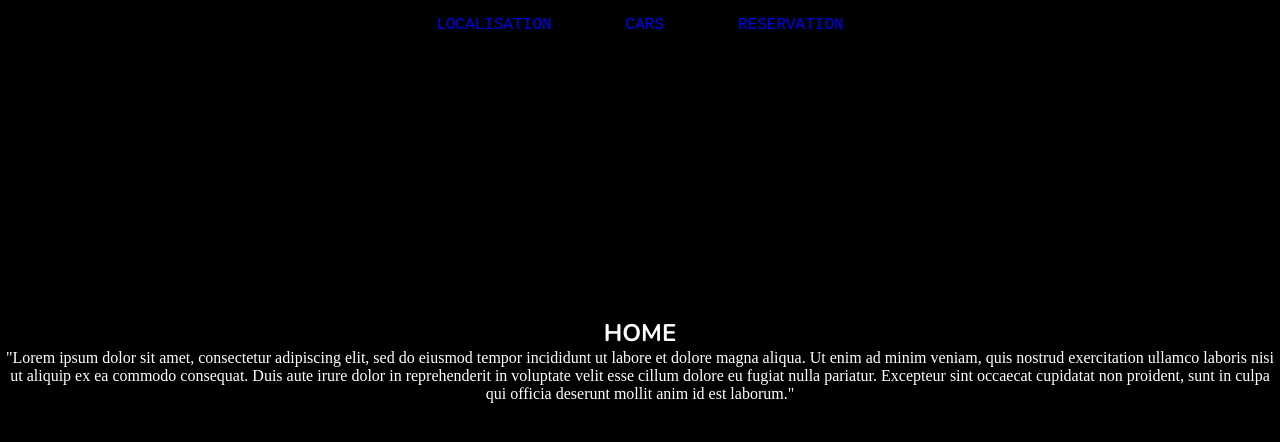
Repository: romgrm/jenaipasdevoiture
Page: src/main/java/fr/romgrm/index.html
An editor plug-in stored every save of this project. The page is shown before and after the next save, followed by the edit.
The browser window is 1280 px wide. The pictures show the whole page.
An inner scrolling area shows only its first screen.

Above is the page before, as saved 2020-10-15 19:29:15.

### src/main/java/fr/romgrm/index.html
<!DOCTYPE html>
<html lang="fr">
    <head>
        <title>JENAIPASDARGENT</title>
        <link rel="stylesheet" href="style.css" type="text/css"/>
        <link href="https://fonts.googleapis.com/css2?family=Nunito:ital,wght@0,600;0,700;0,800;1,200;1,300&display=swap" rel="stylesheet">
    </head>
    <body>

        <div class="container">

            <nav class="navbar">
                <ul>
                    <li><a href="#LOCALISATION">LOCALISATION</a></li>
                    <li><a href="#SELECTCAR">CARS</a></li>
                    <li><a href="#RECAPITULATE">RESERVATION</a></li>
                </ul>
            </nav>


            <Section id="LOCALISATION">
                 <h2>HOME</h2>
                 <p>"Lorem ipsum dolor sit amet, consectetur adipiscing elit, sed do eiusmod tempor incididunt ut labore et dolore magna aliqua. Ut enim ad minim veniam, quis nostrud exercitation ullamco laboris nisi ut aliquip ex ea commodo consequat. Duis aute irure dolor in reprehenderit in voluptate velit esse cillum dolore eu fugiat nulla pariatur. Excepteur sint occaecat cupidatat non proident, sunt in culpa qui officia deserunt mollit anim id est laborum."</p>
            </Section>




            <Section id="SELECTCAR">
                <h2>CARS</h2>
                <p>"Lorem ipsum dolor sit amet, consectetur adipiscing elit, sed do eiusmod tempor incididunt ut labore et dolore magna aliqua. Ut enim ad minim veniam, quis nostrud exercitation ullamco laboris nisi ut aliquip ex ea commodo consequat. Duis aute irure dolor in reprehenderit in voluptate velit esse cillum dolore eu fugiat nulla pariatur. Excepteur sint occaecat cupidatat non proident, sunt in culpa qui officia deserunt mollit anim id est laborum."</p>
            </Section>




            <Section id="RECAPITULATE">
                <h2>SHOP</h2>
                <p>"Lorem ipsum dolor sit amet, consectetur adipiscing elit, sed do eiusmod tempor incididunt ut labore et dolore magna aliqua. Ut enim ad minim veniam, quis nostrud exercitation ullamco laboris nisi ut aliquip ex ea commodo consequat. Duis aute irure dolor in reprehenderit in voluptate velit esse cillum dolore eu fugiat nulla pariatur. Excepteur sint occaecat cupidatat non proident, sunt in culpa qui officia deserunt mollit anim id est laborum."</p>
            </Section>



        </div>
    </body>
</html>

### src/main/java/fr/romgrm/style.css
*{
    margin: 0;
    padding: 0;
}


body{
  color: white;
  /* desactiver le scroll dans le body (pas oublier
  de lui donner une taille sinon ça marche pas*/
  height: 100vh;
  overflow: hidden;

}

.container{
    height: 100%;
    width: 100%;
    /*SCROLL SMOOTH*/
    overflow-y: scroll;
    scroll-behavior: smooth;
    scroll-snap-type: y mandatory;
}

.navbar{
    background-color: rgba(0, 0, 0, 0.5);
    position: fixed;
    top: 0;
    z-index: 1;
    display: flex;
    width: 100%;
    height: 50px;
    font-family: 'Courier New', Courier, monospace;

}

.navbar ul{
    display: flex;
    list-style-type: none;
    width: 100%;
    justify-content: center;
    align-items: center;
    gap: 10px;
}

.navbar ul li{
    margin: 0 1rem;
    padding: 1rem;

}

.navbar ul li a{
    text-decoration: none;
    transition: 2s ease-in .5s;

}

.navbar ul li a:hover{
    zoom: 1.1;
}




Section{
    display: flex;
    flex-direction: column;
    width: 100%;
    height: 100vh; /* vh = Viewport Height : permet de dimensioner par rapport à la taille de l'écran*/
    text-align: center;
    justify-content: center;
    align-items: center;
    /*SCROLL SNAP ALIGN*/
    scroll-snap-align: center;

}


/*////////////////////////////////////////////////////////////////////////////////////////////////////////////*/



#LOCALISATION{
    background-color: black;
    margin: 0;
    padding: 0;
    /*background: url('https://source.unsplash.com/K2tdx2mFDHc/1600x900') no-repeat center center/cover;;*/
}

#LOCALISATION h2{
    font-family: 'Nunito', sans-serif;
    font-weight: 800 bold ;

}

#LOCALISATION p{

}


/*////////////////////////////////////////////////////////////////////////////////////////////////////////////*/



#SELECTCAR{
    background-color: red;
}

#SELECTCAR h2{

}

#SELECTCAR p{

}


/*////////////////////////////////////////////////////////////////////////////////////////////////////////////*/


#RECAPITULATE{
    background-color: blue;
}

#RECAPITULATE h2{

}

#RECAPITULATE p{

}

After the next save:
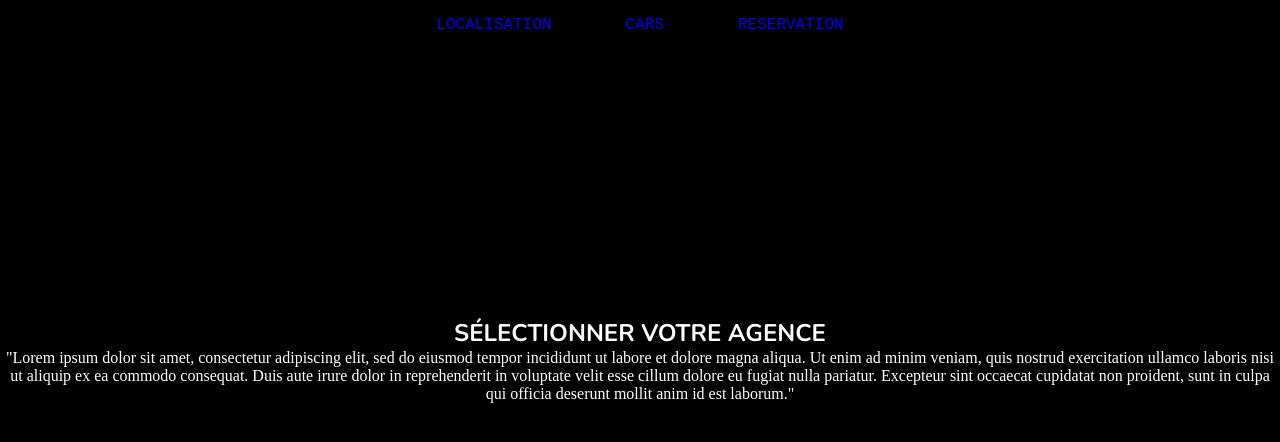
Saved 27 s later.
--- a/src/main/java/fr/romgrm/index.html
+++ b/src/main/java/fr/romgrm/index.html
@@ -19,7 +19,7 @@
 
 
             <Section id="LOCALISATION">
-                 <h2>HOME</h2>
+                 <h2>SÉLECTIONNER VOTRE AGENCE</h2>
                  <p>"Lorem ipsum dolor sit amet, consectetur adipiscing elit, sed do eiusmod tempor incididunt ut labore et dolore magna aliqua. Ut enim ad minim veniam, quis nostrud exercitation ullamco laboris nisi ut aliquip ex ea commodo consequat. Duis aute irure dolor in reprehenderit in voluptate velit esse cillum dolore eu fugiat nulla pariatur. Excepteur sint occaecat cupidatat non proident, sunt in culpa qui officia deserunt mollit anim id est laborum."</p>
             </Section>
 
